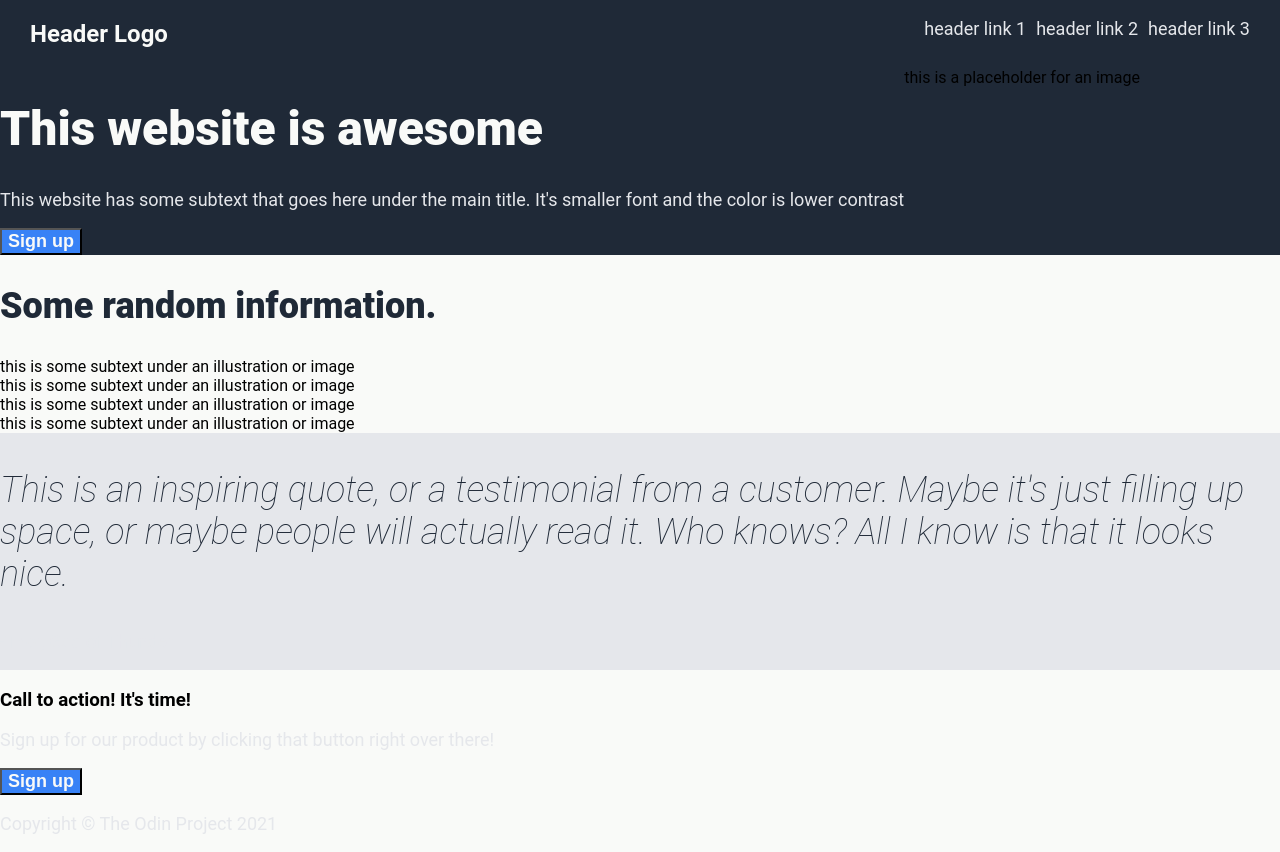
Repository: rsoetydev/landing-page
Page: index.html
The author's editor kept a copy of each file at every save. The page is drawn from the files as they stood at one save, then again after the next save.
The browser window is 1280 px wide. The pictures show the whole page.

Above is the page before, as saved 2023-11-27 15:55:18.

After the next save:
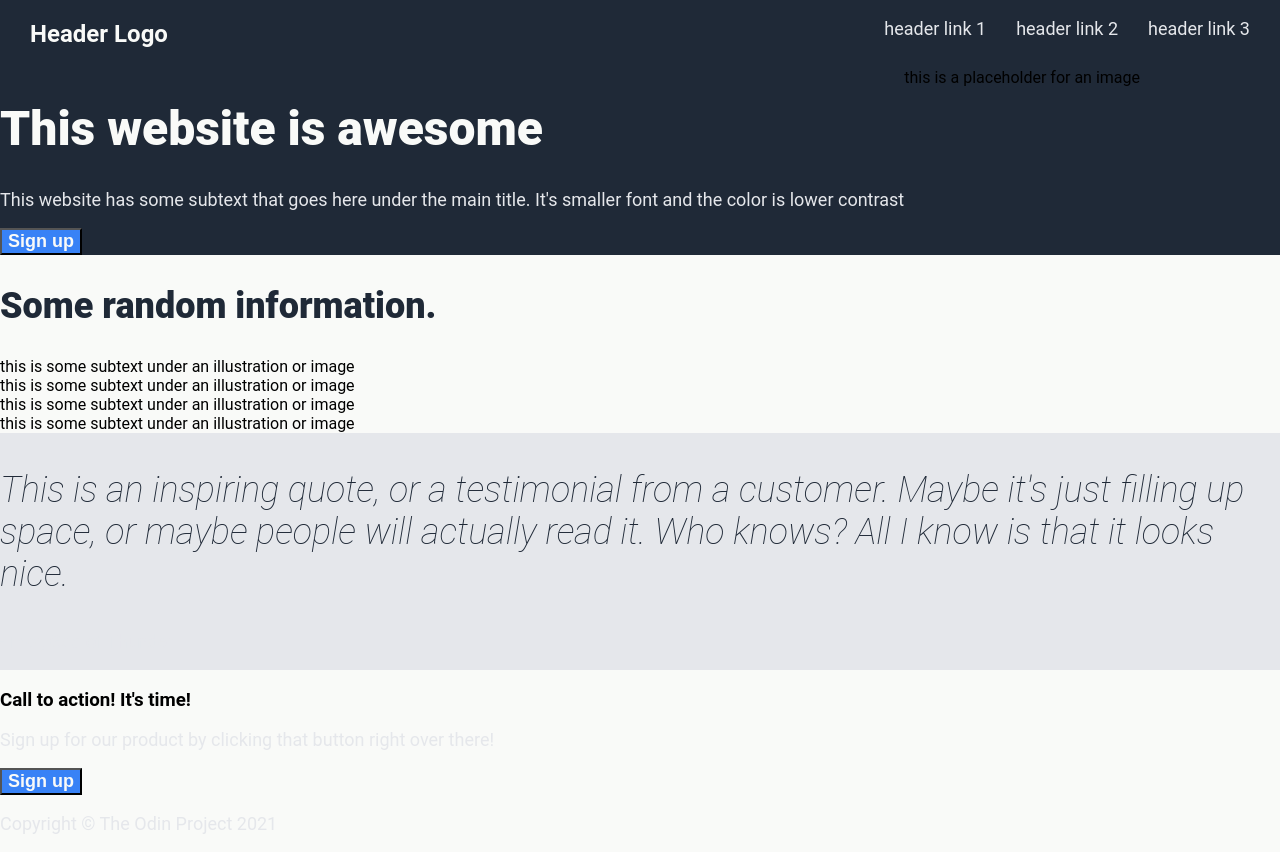
Saved 10 s later.
--- a/style.css
+++ b/style.css
@@ -58,8 +58,8 @@ button{
     display:flex;
     background-color: var(--dark);
     justify-content: flex-end;
-    gap:10px;
-    padding:0px 30px;
+    gap:30px;
+    padding: 0px 30px;
 }
 
 .header-logo{
